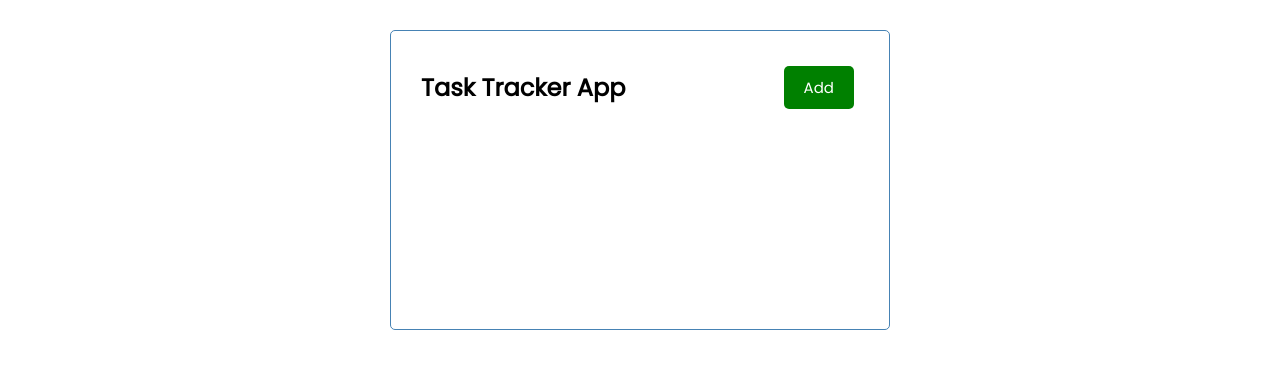
Repository: feyroozecode/task_tracker
Page: /
These files come from the project's save history. The page is drawn as it stood at one moment and after a run of saves; the edit follows.
The browser window is 1280 px wide. The pictures show the whole page.
The project was rebuilt for these pictures with package versions that can differ from the ones it lists, and the page was loaded fresh each time.

Above is the page before, as saved 2023-10-20 07:00:55.

### public/index.html
<!DOCTYPE html>
<html lang="en">
  <head>
    <meta charset="utf-8" />
    <link rel="icon" href="%PUBLIC_URL%/favicon.ico" />
    <meta name="viewport" content="width=device-width, initial-scale=1" />
    <meta name="theme-color" content="#000000" />
    <meta
      name="description"
      content="Web site created using create-react-app"
    />
    <link rel="apple-touch-icon" href="%PUBLIC_URL%/logo192.png" />

    <link rel="manifest" href="%PUBLIC_URL%/manifest.json" />

    <title>React App</title>
  </head>
  <body>
    <noscript>You need to enable JavaScript to run this app.</noscript>

    <div id="root"></div>

  </body>
</html>

### src/App.js
import Header from './components/Header'
import Tasks from './components/Tasks'

/**
 * A App component entry of the React App
*/
const App = ()  => {
   const appName = 'Task Tracker App'

   return (
     <div className="container">
      <Header title={appName} />
      <Tasks />
     </div>
   );

}

export default App;

### src/components/Header.js
import PropTypes from 'prop-types'
import AddButton from './AddButton'

/*
 * Header compnent show title and use a AddButton component for add new task
*/
const Header = ({ title }) => {

    const onClick = (e) => {
        console.log('Click Add Btn');
    }

    return (
        <header className='header'>
            <h2 > { title } </h2>
            <AddButton color='green' text='Add' onClick={onClick} />

        </header>
    )
}

// set default title
Header.defaultProps = {
    title: 'Task Tracker'
}

Header.propTypes = {
    title: PropTypes.string.isRequired  // title is required by the header
}

export default Header

### src/components/Tasks.js
import { useState } from 'react'

const tasks =  [
    {
        id: 1,
        text: 'Read Quraan',
        day: 'Oct 20th at 6h00',
        reminder: true
    },
    {
        id: 2,
        text: 'Code a React Project ',
        day: 'Oct 20th at 6h30',
        reminder: false
    },
    {
        id: 3,
        text: 'Learn Project Management',
        day: 'Oct 21th at 6h30',
        reminder: true
    },
];

const Tasks = () => {

    const [tasks, setTasks] = useState([])

    return (
       <>
       {
        tasks.map((task) => ( <>  <h3>{ task.id.toString } {task.text} </h3> </> ))
       }
       </>
    );
}

export default Tasks

### src/components/AddButton.js
import PropTypes from 'prop-types'

/*
 * AddButton component used for adding a new task
 * @param color => define a button background color
 * @param text => a text to show on button
 * @param onClick => onClick function to call when btn is clicked
*/
const AddButton = ({color, text, onClick}) => {

    return (
     <button
         className='btn'
        style={{ backgroundColor: color }}
        onClick={onClick}
     > {text} </button>
    )
}

AddButton.defaultProps = {
    color: 'steetblue' // default color of button
}

// define a different props types to prevent error and for type checking
AddButton.propTypes = {
    text: PropTypes.string,
    color: PropTypes.string,
    onClick: PropTypes.func.isRequired
}

export default AddButton

Loaded but not shown: src/index.js (common file); src/index.css (common file)

After the next 3 saves:
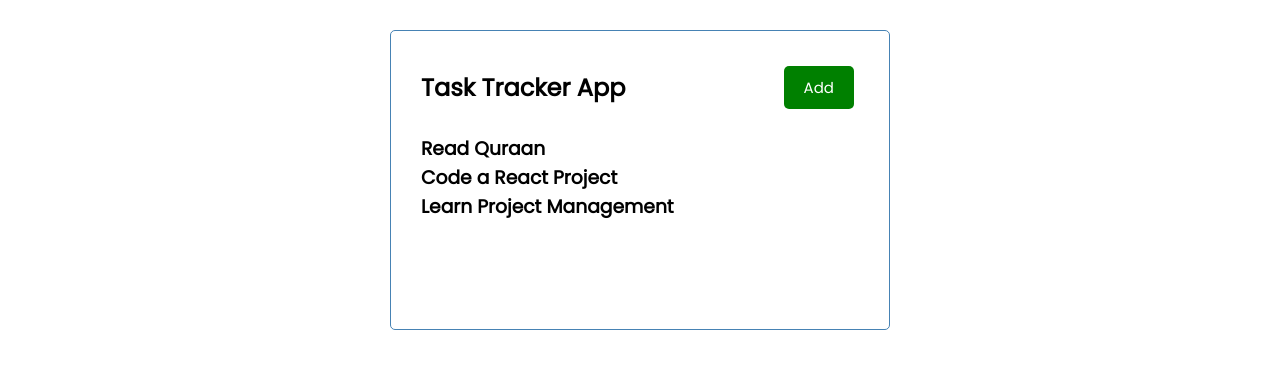
The 3 saves are shown as one change because they came seconds apart.
The last was saved 8 s later.
--- a/src/components/Tasks.js
+++ b/src/components/Tasks.js
@@ -23,7 +23,26 @@ const tasks =  [
 
 const Tasks = () => {
 
-    const [tasks, setTasks] = useState([])
+    const [tasks, setTasks] = useState( [
+        {
+            id: 1,
+            text: 'Read Quraan',
+            day: 'Oct 20th at 6h00',
+            reminder: true
+        },
+        {
+            id: 2,
+            text: 'Code a React Project ',
+            day: 'Oct 20th at 6h30',
+            reminder: false
+        },
+        {
+            id: 3,
+            text: 'Learn Project Management',
+            day: 'Oct 21th at 6h30',
+            reminder: true
+        },
+    ]);
 
     return (
        <>
